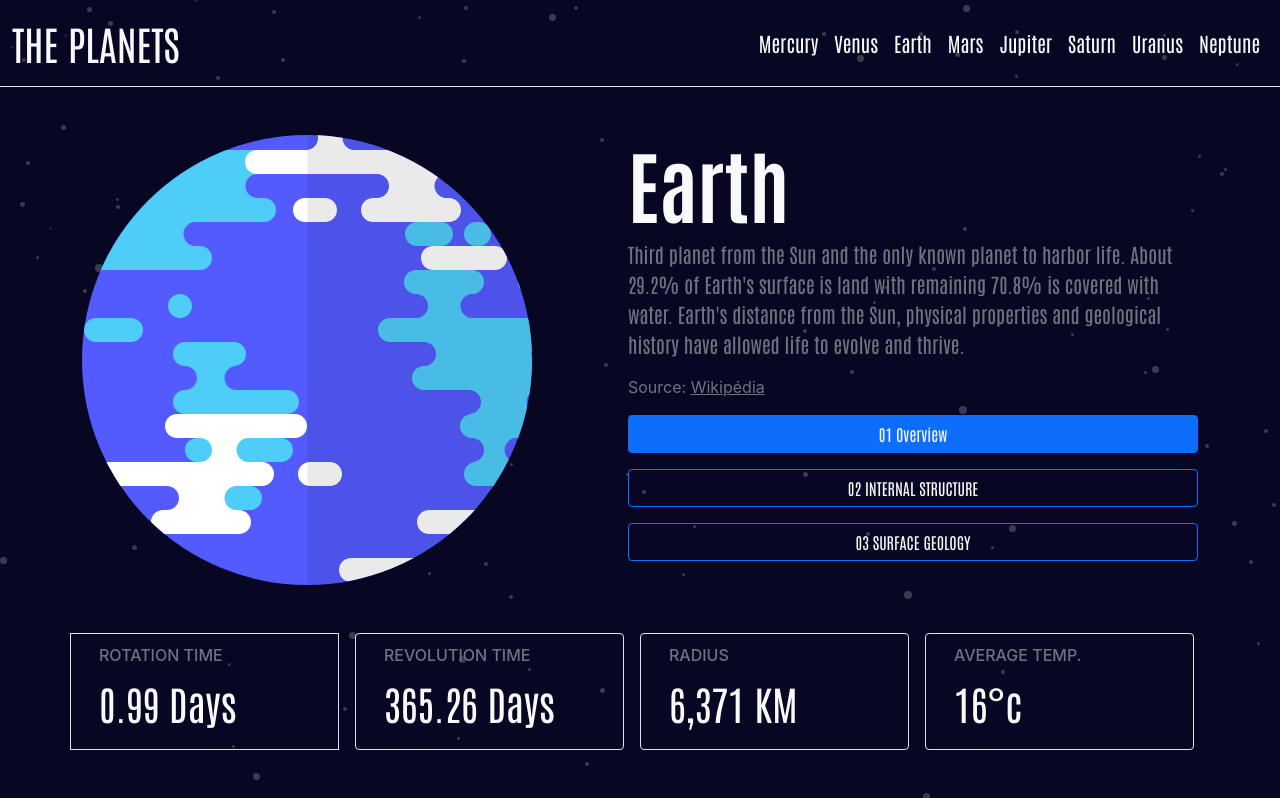
Repository: andre06x/the-planets
Page: /
The author's editor kept a copy of each file at every save. The page is drawn from the files as they stood at one save, then again after the next save.
The browser window is 1280 px wide. The pictures show the whole page.
The project was rebuilt for these pictures with package versions that can differ from the ones it lists, and the page was loaded fresh each time.

Above is the page before, as saved 2021-10-19 16:05:17.

### public/index.html
<!DOCTYPE html>
<html lang="en">

<head>
  <meta charset="utf-8" />
  <link rel="icon" href="%PUBLIC_URL%/favicon.ico" />
  <meta name="viewport" content="width=device-width, initial-scale=1" />
  <meta name="theme-color" content="#000000" />
  <link rel="preconnect" href="https://fonts.googleapis.com">
  <link rel="preconnect" href="https://fonts.gstatic.com" crossorigin>
  <link href="https://fonts.googleapis.com/css2?family=Antonio:wght@400;500;600;700&display=swap" rel="stylesheet">
  <meta name="description" content="Web site created using create-react-app" />
  <link rel="apple-touch-icon" href="%PUBLIC_URL%/logo192.png" />
  <link rel="manifest" href="%PUBLIC_URL%/manifest.json" />
  <link rel="stylesheet" href="%PUBLIC_URL%/bootstrap-5.1.3-dist/css/bootstrap.min.css">
  <title>React App</title>
</head>

<body>
  <noscript>You need to enable JavaScript to run this app.</noscript>
  <div id="root"></div>
  <script src="./bootstrap-5.1.3-dist/js/bootstrap.min.js"></script>
</body>

</html>

### src/index.js
import React from 'react';
import ReactDOM from 'react-dom';
import App from './App';
import reportWebVitals from './reportWebVitals';
import Global from './styles/global';

ReactDOM.render(
  <React.StrictMode>
    <Global />
    <App />
  </React.StrictMode>,
  document.getElementById('root')
);

// If you want to start measuring performance in your app, pass a function
// to log results (for example: reportWebVitals(console.log))
// or send to an analytics endpoint. Learn more: https://bit.ly/CRA-vitals
reportWebVitals();

### src/App.js
import logo from './logo.svg';
// import './App.css';
import Header from './components/Header';
import Container from './components/Container';

function App() {
  return (
    <div className="App">
      <Header />
      <Container />
    </div>
  );
}

export default App;

### src/styles/global.js
import { createGlobalStyle } from 'styled-components';
import img from '../background-stars.svg';

export default createGlobalStyle`
  body {
    background-image: url(${img});
    background-color: #070724;
    background-repeat: repeat;
  margin: 0;
  font-family: -apple-system, BlinkMacSystemFont, 'Segoe UI', 'Roboto', 'Oxygen',
    'Ubuntu', 'Cantarell', 'Fira Sans', 'Droid Sans', 'Helvetica Neue',
    sans-serif;
  -webkit-font-smoothing: antialiased;
  -moz-osx-font-smoothing: grayscale;
}

code {
  font-family: source-code-pro, Menlo, Monaco, Consolas, 'Courier New',
    monospace;
}
`;

### src/components/Header.js
import React, { useEffect } from 'react';
import data from '../data.json';
import { usePlanet } from '../zustand';

const Header = () => {
  const planetSetar = usePlanet(state => state.nomePlanet);
  const planet = usePlanet(state => state.planet);

  useEffect(() => {
    console.log(planet)
  }, [planet])

  return (
    <nav class="navbar navbar-expand-lg navbar-dark bg-transparent border-bottom border-muted mb-5">
      <div class="container-fluid d-flex justify-content-between">
        <a class="navbar-brand fs-1 text-light font-antonio" href="#">THE PLANETS</a>
        <button class="navbar-toggler text-light" type="button" data-bs-toggle="collapse" data-bs-target="#navbarSupportedContent" aria-controls="navbarSupportedContent" aria-expanded="false" aria-label="Toggle navigation">
          <span class="navbar-toggler-icon text-light"></span>
        </button>
        <div class="collapse navbar-collapse justify-content-end" id="navbarSupportedContent">
          <div>
            <ul class="navbar-nav me-auto mb-2 mb-lg-0">
              {
                data.map(d => (
                  <li class="nav-item">
                    <a
                      class="nav-link active text-light fs-5 font-antonio"
                      aria-current="page"
                      href="#"
                      onClick={() => planetSetar(d.name)}
                    >
                      {d.name}
                    </a>
                  </li>
                ))
              }
            </ul>
          </div>
        </div>
      </div>
    </nav>
  )
}



export default Header

### src/components/Container.js
import React, { useEffect, useState } from 'react';
// import earth from '../assets/planet-earth.svg';
import data from '../data.json';
import { usePlanet } from '../zustand';

const Container = () => {
  const [selectBox, setSelectBox] = useState(1);
  const planet = usePlanet(state => state.planet);
  // const [planet, setPlanet] = useState('Earth');
  const [text, setText] = useState(data.filter(d => d.name === planet)[0].overview);
  const [imagee, setImagee] = useState('assets/planet-earth.svg');
  const [dataPlanet, setDataPlanet] = useState(['']);



  const op = [
    { id: 1, titulo: '01 Overview' },
    { id: 2, titulo: '02 INTERNAL STRUCTURE' },
    { id: 3, titulo: '03 SURFACE GEOLOGY' },
  ]

  function buttonChange(o) {
    setSelectBox(o.id);

    if (o.id === 1) {
      setText(data.filter(d => d.name === planet)[0].overview);
      setImagee(data.filter(d => d.name === planet)[0].images.planet);
    }

    if (o.id === 2) {
      setText(data.filter(d => d.name === planet)[0].structure);
      setImagee(data.filter(d => d.name === planet)[0].images.internal);

    }

    if (o.id === 3) {
      setText(data.filter(d => d.name === planet)[0].geology);
      setImagee(data.filter(d => d.name === planet)[0].images.geology);

    }

  }

  useEffect(() => {
    setDataPlanet(data.filter(d => d.name === planet)[0]);
    setImagee(data.filter(d => d.name === planet)[0].images.planet);
    setText(data.filter(d => d.name === planet)[0].overview);
    setSelectBox(1);

  }, [planet]);
  return (
    <div className="container mt-5">
      <div className="d-flex flex-column">
        <div className="d-flex justify-content-between">
          <div className="me-5">
            <img src={imagee} alt="" />
          </div>
          <div className="ms-md-5">
            <h1 className="display-1 text-light font-antonio fw-bold">
              {planet}
            </h1>
            <p className="lead text-muted font-antonio">
              {text.content}
            </p>
            <span className="text-secondary">
              Source: <a href="" className="text-secondary"> Wikipédia</a>
            </span>

            <div className="d-flex flex-column mt-3 font-antonio fw-bold">
              {op.map(o => (
                <button
                  className={`btn text-light btn-outline-primary mb-3 ${selectBox === o.id ? ' btn-primary' : ''}`}
                  onClick={() => buttonChange(o)}
                >
                  {o.titulo}
                </button>
              ))}
            </div>
          </div>
        </div>
      </div>
      <div className="row mt-5 mb-5">
        <div class="col me-3 bg-transparent border">
          <div class="card-body">
            <h6 class="card-subtitle mb-2 text-muted">
              ROTATION TIME
            </h6>
            <p class="card-text text-light font-antonio fs-1">
              {dataPlanet.rotation}
            </p>
          </div>
        </div>
        <div class="card col me-3 bg-transparent border">
          <div class="card-body">
            <h6 class="card-subtitle mb-2 text-muted">
              REVOLUTION TIME
            </h6>
            <p class="card-text text-light font-antonio fs-1">
              {dataPlanet.revolution}
            </p>
          </div>
        </div>
        <div class="card col me-3 bg-transparent border">
          <div class="card-body">
            <h6 class="card-subtitle mb-2 text-muted">
              RADIUS
            </h6>
            <p class="card-text text-light font-antonio fs-1">
              {dataPlanet.radius}
            </p>
          </div>
        </div>
        <div class="card col me-3 bg-transparent border">
          <div class="card-body">
            <h6 class="card-subtitle mb-2 text-muted">
              AVERAGE TEMP.
            </h6>
            <p class="card-text text-light font-antonio fs-1">
              {dataPlanet.temperature}
            </p>
          </div>
        </div>
      </div>
    </div>
  )
}

export default Container;

### src/data.json
[
  {
    "name": "Mercury",
    "overview": {
      "content": "Mercury is the smallest planet in the Solar System and the closest to the Sun. Its orbit around the Sun takes 87.97 Earth days, the shortest of all the Sun's planets. Mercury is one of four terrestrial planets in the Solar System, and is a rocky body like Earth.",
      "source": "https://en.wikipedia.org/wiki/Mercury_(planet)"
    },
    "structure": {
      "content": "Mercury appears to have a solid silicate crust and mantle overlying a solid, iron sulfide outer core layer, a deeper liquid core layer, and a solid inner core. The planet's density is the second highest in the Solar System at 5.427 g/cm3 , only slightly less than Earth's density.",
      "source": "https://en.wikipedia.org/wiki/Mercury_(planet)#Internal_structure"
    },
    "geology": {
      "content": "Mercury's surface is similar in appearance to that of the Moon, showing extensive mare-like plains and heavy cratering, indicating that it has been geologically inactive for billions of years. It is more heterogeneous than either Mars's or the Moon’s.",
      "source": "https://en.wikipedia.org/wiki/Mercury_(planet)#Surface_geology"
    },
    "rotation": "58.6 Days",
    "revolution": "87.97 Days",
    "radius": "2,439.7 KM",
    "temperature": "430°c",
    "images": {
      "planet": "assets/planet-mercury.svg",
      "internal": "assets/planet-mercury-internal.svg",
      "geology": "assets/geology-mercury.png"
    }
  },
  {
    "name": "Venus",
    "overview": {
      "content": "Venus is the second planet from the Sun. It is named after the Roman goddess of love and beauty. As the brightest natural object in Earth's night sky after the Moon, Venus can cast shadows and can be, on rare occasions, visible to the naked eye in broad daylight.",
      "source": "https://en.wikipedia.org/wiki/Venus"
    },
    "structure": {
      "content": "The similarity in size and density between Venus and Earth suggests they share a similar internal structure: a core, mantle, and crust. Like that of Earth, Venusian core is most likely at least partially liquid because the two planets have been cooling at about the same rate.",
      "source": "https://en.wikipedia.org/wiki/Venus#Internal_structure"
    },
    "geology": {
      "content": "Much of the Venusian surface appears to have been shaped by volcanic activity. Venus has several times as many volcanoes as Earth, and it has 167 large volcanoes that are over 100 km (60 mi) across. The only volcanic complex of this size on Earth is the Big Island of Hawaii.",
      "source": "https://en.wikipedia.org/wiki/Venus#Surface_geology"
    },
    "rotation": "243 Days",
    "revolution": "224.7 Days",
    "radius": "6,051.8 KM",
    "temperature": "471°c",
    "images": {
      "planet": "assets/planet-venus.svg",
      "internal": "assets/planet-venus-internal.svg",
      "geology": "assets/geology-venus.png"
    }
  },
  {
    "name": "Earth",
    "overview": {
      "content": "Third planet from the Sun and the only known planet to harbor life. About 29.2% of Earth's surface is land with remaining 70.8% is covered with water. Earth's distance from the Sun, physical properties and geological history have allowed life to evolve and thrive.",
      "source": "https://en.wikipedia.org/wiki/Earth"
    },
    "structure": {
      "content": "Earth's interior, like that of the other terrestrial planets, is divided into layers by their chemical or physical (rheological) properties. The outer layer is a chemically distinct silicate solid crust, which is underlain by a highly viscous solid mantle.",
      "source": "https://en.wikipedia.org/wiki/Earth#Internal_structure"
    },
    "geology": {
      "content": "The total surface area of Earth is about 510 million km2. The continental crust consists of lower density material such as the igneous rocks granite and andesite. Less common is basalt, a denser volcanic rock that is the primary constituent of the ocean floors.",
      "source": "https://en.wikipedia.org/wiki/Earth#Surface"
    },
    "rotation": "0.99 Days",
    "revolution": "365.26 Days",
    "radius": "6,371 KM",
    "temperature": "16°c",
    "images": {
      "planet": "assets/planet-earth.svg",
      "internal": "assets/planet-earth-internal.svg",
      "geology": "assets/geology-earth.png"
    }
  },
  {
    "name": "Mars",
    "overview": {
      "content": "Mars is the fourth planet from the Sun and the second-smallest planet in the Solar System, being larger than only Mercury. In English, Mars carries the name of the Roman god of war and is often referred to as the \"Red Planet\".",
      "source": "https://en.wikipedia.org/wiki/Mars"
    },
    "structure": {
      "content": "Like Earth, Mars has differentiated into a dense metallic core overlaid by less dense materials. Scientists initially determined that the core is at least partially liquid. Current models of its interior imply a core consisting primarily of iron and nickel with about 16–17% sulfur.",
      "source": "https://en.wikipedia.org/wiki/Mars#Internal_structure"
    },
    "geology": {
      "content": "Mars is a terrestrial planet whose surface consists of minerals containing silicon and oxygen, metals, and other elements that typically make up rock. The surface is primarily composed of tholeiitic basalt, although parts are more silica-rich than typical basalt.",
      "source": "https://en.wikipedia.org/wiki/Mars#Surface_geology"
    },
    "rotation": "1.03 Days",
    "revolution": "1.88 Years",
    "radius": "3,389.5 KM",
    "temperature": "-28°c",
    "images": {
      "planet": "assets/planet-mars.svg",
      "internal": "assets/planet-mars-internal.svg",
      "geology": "assets/geology-mars.png"
    }
  },
  {
    "name": "Jupiter",
    "overview": {
      "content": "Jupiter is the fifth planet from the Sun and the largest in the Solar System. It is a gas giant with a mass two and a half times that of all the other planets in the Solar System combined, but less than one-thousandth the mass of the Sun.",
      "source": "https://en.wikipedia.org/wiki/Jupiter"
    },
    "structure": {
      "content": "When the Juno arrived in 2016, it found that Jupiter has a very diffuse core that mixes into its mantle. A possible cause is an impact from a planet of about ten Earth masses a few million years after Jupiter's formation, which would have disrupted an originally solid Jovian core.",
      "source": "https://en.wikipedia.org/wiki/Jupiter#Internal_structure"
    },
    "geology": {
      "content": "The best known feature of Jupiter is the Great Red Spot, a persistent anticyclonic storm located 22° south of the equator. It is known to have existed since at least 1831, and possibly since 1665.",
      "source": "https://en.wikipedia.org/wiki/Jupiter#Great_Red_Spot_and_other_vortices"
    },
    "rotation": "9.93 Hours",
    "revolution": "11.86 Years",
    "radius": "69,911 KM",
    "temperature": "-108°c",
    "images": {
      "planet": "assets/planet-jupiter.svg",
      "internal": "assets/planet-jupiter-internal.svg",
      "geology": "assets/geology-jupiter.png"
    }
  },
  {
    "name": "Saturn",
    "overview": {
      "content": "Saturn is the sixth planet from the Sun and the second-largest in the Solar System, after Jupiter. It is a gas giant with an average radius of about nine and a half times that of Earth. It only has one-eighth the average density of Earth.",
      "source": "https://en.wikipedia.org/wiki/Saturn"
    },
    "structure": {
      "content": "Despite consisting mostly of hydrogen and helium, most of Saturn's mass is not in the gas phase, because hydrogen becomes a non-ideal liquid when the density is above 0.01 g/cm3, which is reached at a radius containing 99.9% of Saturn's mass.",
      "source": "https://en.wikipedia.org/wiki/Saturn#Internal_structure"
    },
    "geology": {
      "content": "The outer atmosphere of Saturn contains 96.3% molecular hydrogen and 3.25% helium by volume. The planet's most famous feature is its prominent ring system, which is composed mostly of ice particles with a smaller amount of rocky debris and dust.",
      "source": "https://en.wikipedia.org/wiki/Saturn#Atmosphere"
    },
    "rotation": "10.8 Hours",
    "revolution": "29.46 Years",
    "radius": "58,232 KM",
    "temperature": "-138°c",
    "images": {
      "planet": "assets/planet-saturn.svg",
      "internal": "assets/planet-saturn-internal.svg",
      "geology": "assets/geology-saturn.png"
    }
  },
  {
    "name": "Uranus",
    "overview": {
      "content": "Uranus is the seventh planet from the Sun. Its name is a reference to the Greek god of the sky, Uranus according to Greek mythology, was the great-grandfather of Ares. It has the third-largest planetary radius and fourth-largest planetary mass in the Solar System.",
      "source": "https://en.wikipedia.org/wiki/Uranus"
    },
    "structure": {
      "content": "The standard model of Uranus's structure is that it consists of three layers: a rocky (silicate/iron–nickel) core in the centre, an icy mantle in the middle and an outer gaseous hydrogen/helium envelope. The core is relatively small, with a mass of only 0.55 Earth masses.",
      "source": "https://en.wikipedia.org/wiki/Uranus#Internal_structure"
    },
    "geology": {
      "content": "The composition of Uranus's atmosphere is different from its bulk, consisting mainly of molecular hydrogen and helium. The helium molar fraction, i.e. the number of helium atoms per molecule of gas, is 0.15±0.03 in the upper troposphere.",
      "source": "https://en.wikipedia.org/wiki/Uranus#Atmosphere"
    },
    "rotation": "17.2 Hours",
    "revolution": "84 Years",
    "radius": "25,362 KM",
    "temperature": "-195°c",
    "images": {
      "planet": "assets/planet-uranus.svg",
      "internal": "assets/planet-uranus-internal.svg",
      "geology": "assets/geology-uranus.png"
    }
  },
  {
    "name": "Neptune",
    "overview": {
      "content": "Neptune is the eighth and farthest-known Solar planet from the Sun. In the Solar System, it is the fourth-largest planet by diameter, the third-most-massive planet, and the densest giant planet. It is 17 times the mass of Earth, more massive than its near-twin Uranus.",
      "source": "https://en.wikipedia.org/wiki/Neptune"
    },
    "structure": {
      "content": "Neptune's internal structure resembles that of Uranus. Its atmosphere forms about 5% to 10% of its mass and extends perhaps 10% to 20% of the way towards the core. Increasing concentrations of methane, ammonia and water are found in the lower regions.",
      "source": "https://en.wikipedia.org/wiki/Neptune#Internal_structure"
    },
    "geology": {
      "content": "Neptune's atmosphere is 80% hydrogen and 19% helium. A trace amount of methane is also present. Prominent absorption bands of methane exist at wavelengths above 600 nm, in the red and infrared portion of the spectrum.",
      "source": "https://en.wikipedia.org/wiki/Neptune#Atmosphere"
    },
    "rotation": "16.08 Hours",
    "revolution": "164.79 Years",
    "radius": "24,622 KM",
    "temperature": "-201°c",
    "images": {
      "planet": "assets/planet-neptune.svg",
      "internal": "assets/planet-neptune-internal.svg",
      "geology": "assets/geology-neptune.png"
    }
  }
]

### src/zustand/index.js
import create from 'zustand';

const usePlanet = create(set => ({
  planet: 'Earth',
  nomePlanet: (namePlanet) => set(state => ({ planet: namePlanet}))
}))

export { usePlanet }

Loaded but not shown: src/reportWebVitals.js (common file); public/bootstrap-5.1.3-dist/css/bootstrap.min.css (library); public/bootstrap-5.1.3-dist/js/bootstrap.min.js (library)

After the next save:
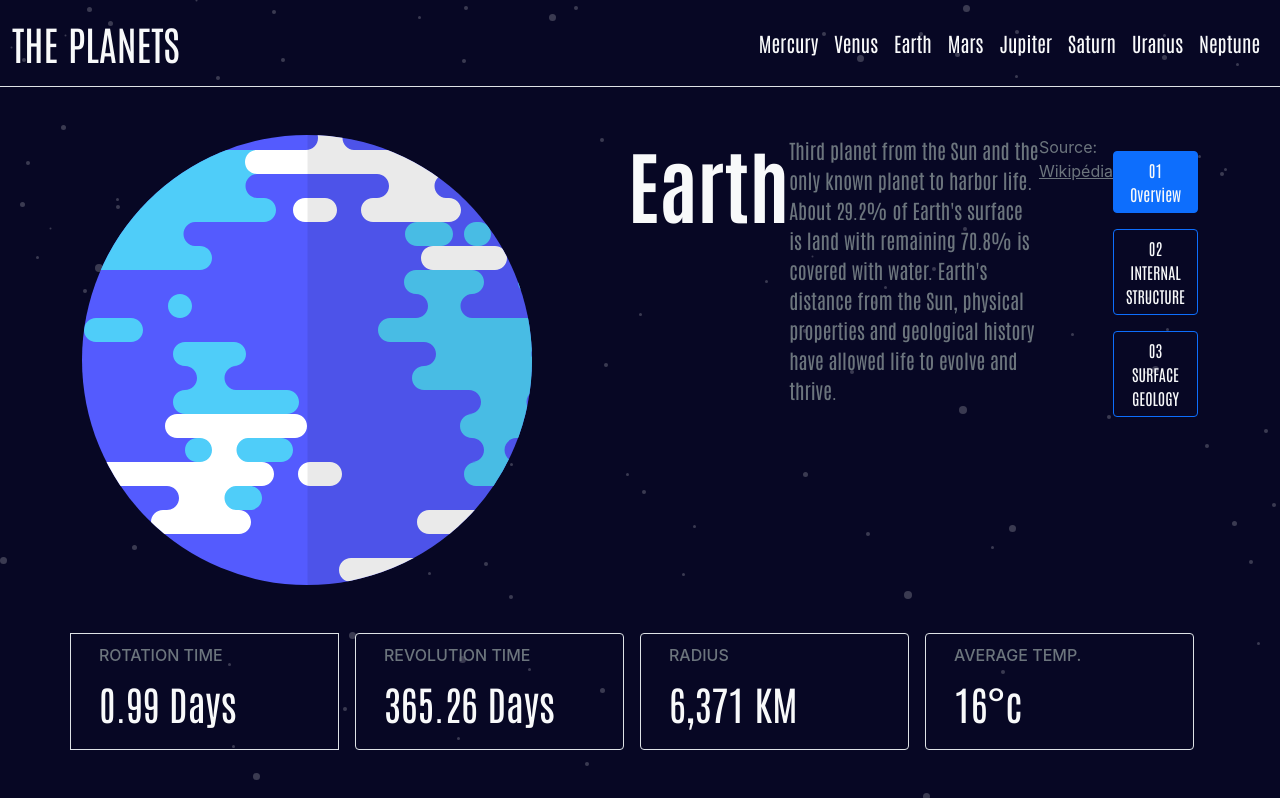
Saved 3 min 38 s later.
--- a/src/components/Container.js
+++ b/src/components/Container.js
@@ -55,7 +55,7 @@
           <div className="me-5">
             <img src={imagee} alt="" />
           </div>
-          <div className="ms-md-5">
+          <div className="ms-md-5 d-flex">
             <h1 className="display-1 text-light font-antonio fw-bold">
               {planet}
             </h1>

After the save that followed:
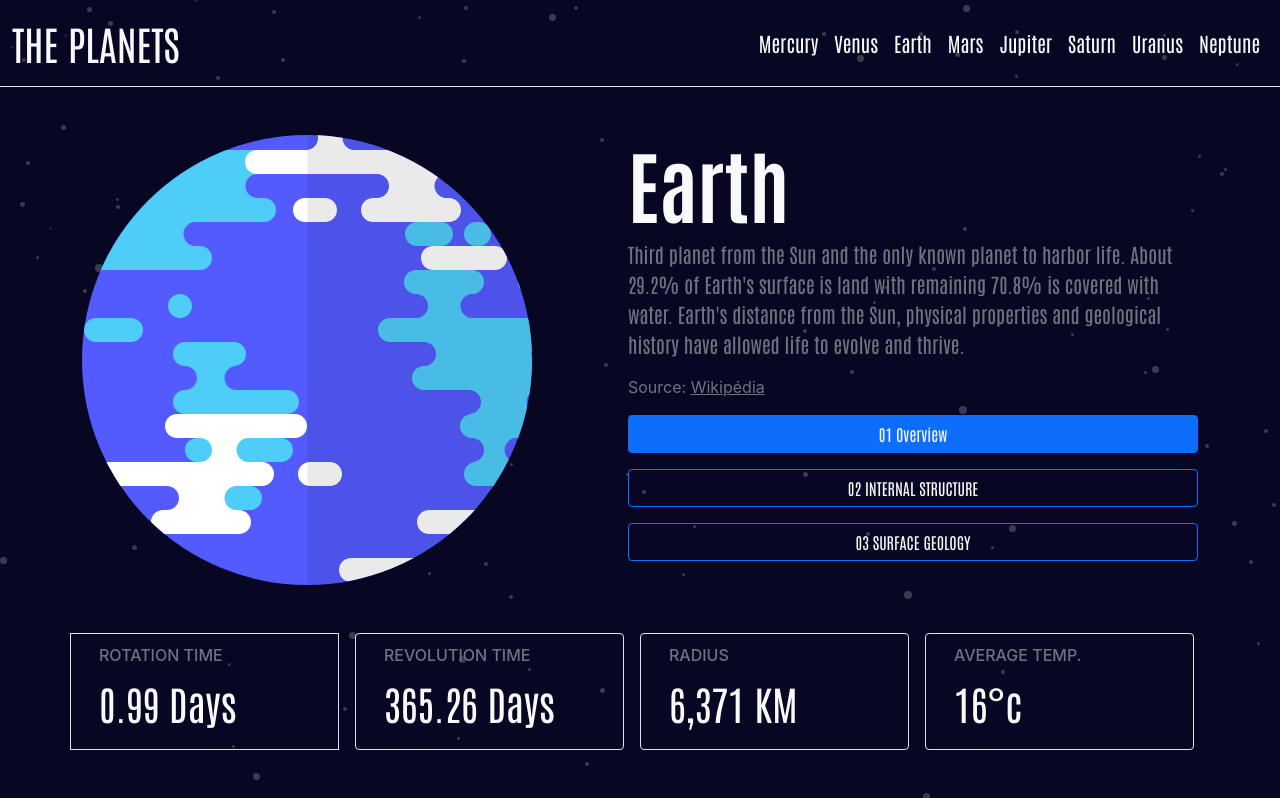
Saved 53 s later.
--- a/src/components/Container.js
+++ b/src/components/Container.js
@@ -55,7 +55,7 @@
           <div className="me-5">
             <img src={imagee} alt="" />
           </div>
-          <div className="ms-md-5 d-flex">
+          <div className="ms-md-5 d-flex flex-md-column">
             <h1 className="display-1 text-light font-antonio fw-bold">
               {planet}
             </h1>
